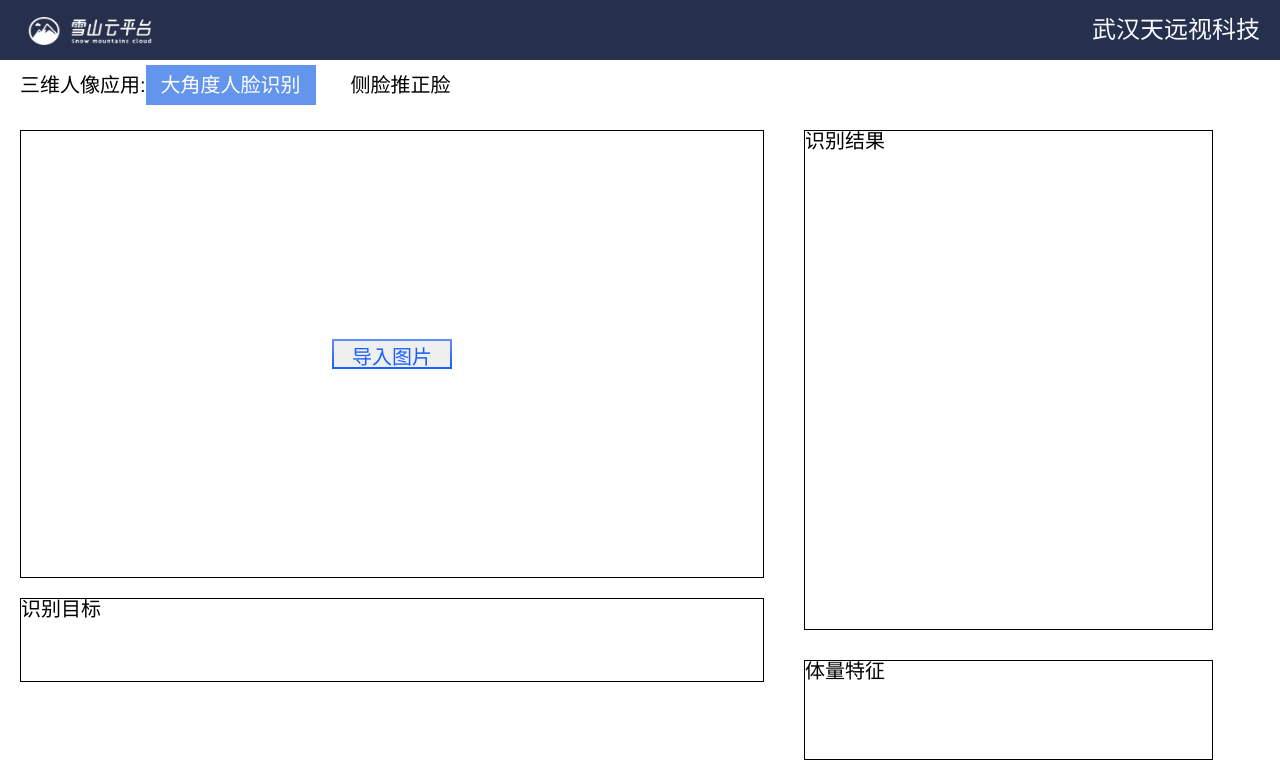
Repository: fyt2020/pubilcDemlo
Page: /
An editor plug-in stored every save of this project. The page is shown before and after the next save, followed by the edit.
The browser window is 1280 px wide. The pictures show the whole page.
The project was rebuilt for these pictures with package versions that can differ from the ones it lists, and the page was loaded fresh each time.

Above is the page before, as saved 2020-04-28 10:24:49.

### index.html
<!DOCTYPE html>
<html>
  <head>
    <meta charset="utf-8">
    <meta name="viewport" content="width=device-width,initial-scale=1.0">
    <title>pubilcdemo</title>
    <script src="./static/config.js"></script>
    <script src="./static/main.js"></script>
  </head>
  <body>
    <div id="app"></div>
    <!-- built files will be auto injected -->
  </body>
</html>

### src/main.js
// The Vue build version to load with the `import` command
// (runtime-only or standalone) has been set in webpack.base.conf with an alias.
import Vue from 'vue'
import App from './App'
import router from './router'
import '@/assets/css/reset.css'
import axios from '@/plugins/axios';

Vue.config.productionTip = false
Vue.prototype.$http = axios;
/* eslint-disable no-new */
new Vue({
  el: '#app',
  router,
  components: { App },
  template: '<App/>'
})

### src/router/index.js
import Vue from 'vue'
import Router from 'vue-router'
import Home from '@/pages/Home'

Vue.use(Router)

export default new Router({
  linkExactActiveClass: "exactActive",
  linkActivesClass: "active",
  routes: [
    {
      path: '/',
      name: 'home',
      component: Home,
      meta:{
        needTooken:false
      },
      redirect:'/bigAngle',
      children:[
        {
          path: 'bigAngle',
          name: 'bigAngle',
          component: () => import("@/pages/bigAngle"),
          meta:{
            needTooken:false
          },

        },
        {
          path: 'face',
          name: 'face',
          component: () => import("@/pages/face"),
          meta:{
            needTooken:false
          },

        }

      ]
    }
  ]
})

### src/assets/css/reset.css
@charset "UTF-8";
/**
 * @desc pc端常用reset.css
 * @author archer
 * @date 2018-08-26
 */
html,body,div,p,ul,li,dl,dt,dd,em,i,span,a,img,input,h1,h2,h3,h4,h5,nav,section,footer,header,table,tr,th,td,ul,li{margin:0;padding:0;box-sizing: border-box;}
h1,h2,h3,h4,h5,h6{font-weight:normal}
i,em,b{font-style:normal}
article,aside,details,figcaption,figure,footer,header,menu,nav,section {display: block;}
a,img,input {border:none;}
a {text-decoration:none;}
a:hover, a:active {outline: none;}
ul,li{list-style: none}
button,input,select,textarea{font-size:100%;outline:none}
table{border-collapse:collapse;border-spacing:0}
html, body {width: 100%;height: 100%;}
body{font-family:"Helvetica Neue",Helvetica, Arial,sans-serif; font-size: 14px;line-height:1}

### src/pages/Home.vue
<template>
  <div class="home">
      <div class="header">
           <div class="header__left">
                <img src="../assets/img/logo1.png" alt="" class="logo_img">

           </div>
           <div class="header__right">
                <span>武汉天远视科技</span>
           </div>
      </div>
      <div class="navigation">
            <span>三维人像应用:</span>
            <router-link tag="li" :to="{name:'bigAngle'}" class="navigation__item">大角度人脸识别</router-link>
            <router-link tag="li" :to="{name:'face',params:{id:'self'}}" class="navigation__item">侧脸推正脸</router-link>
      </div>

      <div class="content">
         <router-view />
      </div>

  </div>
</template>

<script>
export default {
  data() {
    return {};
  },
  computed: {},
  created() {

  },
  mounted() {

  },
  methods: {

  },
  components: {}
};
</script>

<style lang="scss" scoped>
@import "@/assets/css/home.scss";
</style>

### src/pages/bigAngle.vue
<template>
  <div class="bigAngle">
    <div class="bigAngle__left">
      <div class="left__top">
        <img :src="uploadImgUrl" alt class="uploadImg" v-if="uploadImgUrl" />
        <img
          src="../assets/img/delete.png"
          alt
          class="delete__img"
          v-show="closeKey"
          @click="close"
        />
        <button class="btn" @click="uploadFile2" v-if="btnKey">
          导入图片
          <form
            name="fileList"
            id="fileList"
            action="uploadURL"
            method="POST"
            enctype="multipart/form-data"
            class="file"
          >
            <input
              type="file"
              hidden
              @change="beforeUploadFile2($event)"
              id="upload_file2"
              class="file-inp"
            />
          </form>
        </button>
      </div>
      <div class="left__bottom">
        <span class="left__bottomT">识别目标</span>
        <ul class="recg__box">
          <li class="recg__item" v-for="item in angleImg" :key="item.id">
            <img :src="item.src" alt class="recg__itemImg"/>
          </li>
        </ul>
      </div>
    </div>
    <div class="bigAngle__right">
      <div class="right__top">
        <span class="right__topT">识别结果</span>
        <div id="WebGL-output"></div>
        <ul class="info__box" v-if="infoObj.collectNo">
          <li class="info__item">
            <span class="info__iteml">采集编号:</span>
            <span class="info__itemr">{{infoObj.collectNo}}</span>
          </li>
          <li class="info__item">
            <span class="info__iteml">性别:</span>
            <span class="info__itemr">{{infoObj.sex}}</span>
          </li>
          <li class="info__item">
            <span class="info__iteml">证件号:</span>
            <span class="info__itemr">{{infoObj.idNo}}</span>
          </li>
          <li class="info__item">
            <span class="info__iteml">采集时间:</span>
            <span class="info__itemr">{{infoObj.time}}</span>
          </li>
        </ul>
      </div>
      <div class="right__bottom">
           <span class="right__topT">体量特征</span>
           <ul class="tl__box" v-if="charData.length>0">
               <li class="tl__item" v-for="item in charData" :key="item.value">
                   <span class="tl__iteml same">{{item.title}}</span>
                   <span class="tl__itemr same">{{item.value}}</span>
               </li>
           </ul>
      </div>
    </div>
  </div>
</template>

<script>
import axios from 'axios'
export default {
  props: {},
  data() {
    return {
      btnKey: true,
      uploadImgUrl: "",
      closeKey: false,
      camera: null,
      renderer: null,
      boxHelper: null,
      animationId: null,
      modelObj: null,
      scene: null,
      infoObj: {
          collectNo:'',
          sex:'',
          time:'',
          idNo:''
      },
      charData:[],
      angleImg:[],

      source: 0
    };
  },
  computed: {},
  created() {},
  mounted() {},
  watch: {},
  methods: {
    close() {
      console.log($('#WebGL-output'))
      $('#WebGL-output').empty();
      this.uploadImgUrl = "";
      this.closeKey = false;
      this.btnKey = true;
      this.angleImg = [];
      this.charData =[];
      this.infoObj = {
          collectNo:'',
          sex:'',
          time:'',
          idNo:''
      },
      this.removeEntity(this.modelObj);
    },
    uploadFile2() {
      let file = document.getElementById("upload_file2");
      file.click();
    },
    beforeUploadFile2(e) {
      let VM = this;
      let files = e.target.files[0];
      let nameArr = e.target.files[0].name.split(".");
      let len = nameArr.length;
      let startName = e.target.files[0].name.split(".")[0];
      let endName = nameArr[len - 1];
      if (
        endName != "jpg" &&
        endName != "png" &&
        endName != "jpeg" &&
        endName != "JPG" &&
        endName != "PNG" &&
        endName != "JPEG"
      ) {
        VM.$Message.error(`上传图片格式不是jpg或png!`);
        return;
      }
      if (!files) {
        return;
      }
      this.btnKey = false;
      this.closeKey = true;
      let reader = new FileReader();
      reader.onloadend = function() {
        VM.uploadImgUrl = reader.result;
      };
      reader.readAsDataURL(files);
      this.angleImg = [{id:Math.floor(Math.random*100),src:`../../static/data/${startName}/${startName}_angle.jpg`}];
      this.INIT(400, 400, startName);
      this.getInfo(startName);
    },

    INIT(width, height, name) {
      let VM = this;
      //场景构建
      VM.scene = new THREE.Scene();
      //相机构建
      VM.camera = new THREE.PerspectiveCamera(45, width / height, 0.1, 2000); //四个参数 视场角 方向 最近距 最远距  fov对应着图中的视角，是上下两面的夹角。aspect是近平面的宽高比。
      // camera.lookAt( new THREE.Vector3(0, 0, 0));
      //渲染器构建
      VM.renderer = new THREE.WebGLRenderer({
        antialias: true
      });

      //设置背景颜色
      VM.renderer.setClearColor(0x484b5f);
      //三个参数 width height updateStyle第三个选填
      VM.renderer.setSize(width, height);
      //激活阴影
      VM.renderer.shadowMapEnabled = true;
      //添加材质灯光阴影
      var ambiColor = "ffffff";
      var ambientLight = new THREE.AmbientLight(ambiColor);
      VM.scene.add(ambientLight);

      //添加坐标系
      // var axes = new THREE.AxisHelper(100);
      // scene.add(axes);

      //添加网格
      // var helper = new THREE.GridHelper( 1000, 50 ,0x0000ff, 0xff8080);
      // scene.add(helper);
      VM.boxHelper = new THREE.BoxHelper();

      var controls = new THREE.OrbitControls(VM.camera, VM.renderer.domElement);
      //controls.target = new THREE.Vector3(0, 0, 0);
      // 使动画循环使用时阻尼或自转 意思是否有惯性
      controls.enableDamping = true;
      //动态阻尼系数 就是鼠标拖拽旋转灵敏度
      controls.dampingFactor = 0.25;
      //是否可以缩放
      controls.enableZoom = true;
      //是否自动旋转
      controls.autoRotate = false;
      //设置相机距离原点的最近距离
      //controls.minDistance = 200;
      //设置相机距离原点的最远距离
      //controls.maxDistance = 600;
      //是否开启右键拖拽
      controls.enablePan = true;
      //上下旋转范围
      controls.minPolarAngle = 0;
      controls.maxPolarAngle = Math.PI * (90 / 180);
      //左右旋转范围
      controls.minAzimuthAngle = -Math.PI * (60 / 180);
      controls.maxAzimuthAngle = Math.PI * (60 / 180);

      controls.panSpeed = 0.2;
      controls.rotateSpeed = 0.1;
      //模型
      var onProgress = function(xhr) {
        // if (xhr.lengthComputable) {
        //   //可计算的长度
        //   var percentCompvare = (xhr.loaded / xhr.total) * 100; //加载程度百分比
        //   var elem = document.getElementById("myBar");
        //   var width = parseInt(percentCompvare);
        //   elem.style.width = width + "%";
        //   $(".loading").text("正在下载:" + parseInt(percentCompvare) + "%");
        // }
      };
      var onError = function(xhr) {
        // $(".loading")
        //   .show()
        //   .text("下载失败");
        return;
      };

      var modelPath = `../../static/data/${name}`;
      var objLoader = new THREE.OBJLoader2();
      var callbackOnLoad = function(event) {
        VM.modelObj = event.detail.loaderRootNode;
        VM.modelObj.name = `${name}`;
        VM.modelObj.scale.set(1.9, 1.9, 1.9);
        VM.modelObj.children[0].geometry.computeBoundingBox();
        VM.modelObj.rotation.x = THREE.Math.degToRad(-88);
        VM.modelObj.children[0].geometry.center();
        VM.boxHelper.setFromObject(VM.modelObj);
        let center = VM.boxHelper.geometry.boundingSphere.center;
        let radius = VM.boxHelper.geometry.boundingSphere.radius;
        let cameraPos = new THREE.Vector3(
          center.x + VM.modelObj.position.x,
          center.y + VM.modelObj.position.y,
          radius * 2.2 + center.z + VM.modelObj.position.z
        );
        let lookPos = new THREE.Vector3(
          center.x + VM.modelObj.position.x,
          center.y + VM.modelObj.position.y,
          center.z + VM.modelObj.position.z
        );
        VM.camera.position.copy(cameraPos);
        controls.target = lookPos;
        VM.camera.lookAt(lookPos);
        VM.scene.add(VM.modelObj);
      };
      let typeObj = VM.source == "1" ? "textured" : "cut";
      objLoader.loadMtl(modelPath + `/${typeObj}_mesh.mtl`, null, function(
        materialCreator
      ) {
        materialCreator[`${typeObj}_mesh`].opacity = 1; // new THREE.Color(1,1,1)
        objLoader.setMaterials(materialCreator);
        objLoader.setLogging(true, true);
        objLoader.load(
          modelPath + `/${typeObj}_mesh.obj`,
          callbackOnLoad,
          onProgress,
          onError,
          null,
          false
        );
      });
      VM.camera.lookAt(VM.scene.position);
      //在页面上添加渲染器，dom元素
      $("#WebGL-output").append(VM.renderer.domElement);
      renderScene();
      VM.getModelTxt(name);
      function renderScene() {
        var clock = new THREE.Clock();
        var delta = clock.getDelta(); //三角点
        controls.update();
        VM.camera.updateProjectionMatrix();
        VM.animationId = requestAnimationFrame(renderScene); //请求动画框架
        VM.renderer.render(VM.scene, VM.camera);
      }
    },
    clearRenderer() {
      let VM = this;
      VM.renderer.dispose();
      VM.renderer.forceContextLoss();
      VM.renderer.context = null;
      VM.renderer.domElement = null;
      VM.renderer = null;
    },
    getModelTxt(name) {
      let VM = this;
      let id = new Date().getTime();
      let params = {
        headers: {
          "Content-Type": "text/plain;charset=utf-8"
        },
        responseType: "text/json",
        inCharset: "utf-8",
        outCharset: "utf-8",
        timeout: 30000,
        random: id
      };
      axios
        .get(
          `../../static/data/${name}/face_points_distance.txt`,
        )
        .then(function(res) {
            let newData = res.data.split("\r\n");
            let len = newData.length;
            for (var i = 0; i < len; i++) {
              let obj = {};
              if (newData[i]) {
                let k = newData[i].split(":")[0];
                let v = newData[i].split(":")[1];
                obj['title'] = k;
                obj['value'] = v;
              }
              VM.charData.push(obj)
            }
        })
        .catch(function(error) {
          console.log(error);
        });
    },
    getInfo(name) {
      let VM = this;
      this.$http.api
        .get(`../../static/data/${name}/${name}.json`)
        .then(function(res) {
          if (res.data.code === 0) {
            let data = res.data.result;
            VM.infoObj = data
          }
        })
        .catch(function(error) {
          console.log(error);
        });
    },
    //移除模型
    removeEntity(object) {
      let selectedObject = this.scene.getObjectByName(object.name);
      // console.log('renderer.renderLists',this.renderer.renderLists)
      selectedObject.traverse(function(item) {
        if (item instanceof THREE.Mesh) {
          item.geometry.dispose(); //删除几何体
          //item.material.dispose(); //删除材质
          if (Array.isArray(item.material)) {
            item.material.forEach(function(i) {
              i.dispose(); //删除材质
            });
          } else {
            item.material.dispose();
          }
        }
      });
      this.scene.remove(selectedObject);
      this.renderer.dispose();
      this.renderer.clear();
      this.renderer.renderLists.dispose();
      this.modelObj = null;
      THREE.Cache.clear();
    }
  },
  beforeDestroy() {},
  components: {}
};
</script>

<style scoped lang="scss">
@import "@/assets/css/bigAngle.scss";
</style>

### src/assets/css/home.scss
.home{
    font-size: 20px;
    width: 100vw;
    height: 100vh;
    .header{
        width: 100%;
        height: 60px;
        background-color: #262f4b;
        display: flex;
        align-items: center;
        color:  #f8faff;;
        justify-content: space-between;
        padding: 0 20px;
        font-size: 24px;
        .header__left{
            height: 100%;
            display: flex;
            align-items: center;
            .logo_img{
                width: 141px;
                height: 35px;
            }
        }
        .header__right{
            height: 100%;
            display: flex;
            align-items: center;
        }
    }
    .navigation{
        width: 100%;
        height: 50px;
        display: flex;
        align-items: center;
        box-sizing: border-box;
        padding: 0 20px;
        &__item{
            height: 40px;
            line-height: 40px;
            box-sizing: border-box;
            padding: 0 15px;
            margin-right: 20px;
        }
        &__item.exactActive{
             display: flex;
             background-color: cornflowerblue;
             color: #fff;
        }
    }
    .content{
        height: calc(100% - 120px);
        width: 100%;
        padding: 20px;
    }
}

### src/assets/css/bigAngle.scss
.bigAngle{
     display: flex;
     width: 100%;
     height: 100%;
     .bigAngle__left{
        width: 60%;
        height: 100%;
        margin-right: 40px;
        display: flex;
        flex-direction: column;
        .left__top{
             width: 100%;
             height: 80%;
             border: 1px solid black;
             margin-bottom: 20px;
             display: flex;
             align-items: center;
             justify-content: center;
             position: relative;
             .uploadImg{
                height: 100%;
             }
             .delete__img{
                position: absolute;
                width: 36px;
                height: 36px;
                right: 20px;
                top:20px;
                transition: all 0.1 linear;
                z-index: 2100;
                cursor: pointer;
             }
             .btn{
                 position: absolute;
                 outline: none;
                 border-style: solid;
                 border-width: 2px;
                 border-image-source: linear-gradient(0deg,#1a5fff 0%, #5f8ffd 100%);
                 border-image-slice: 1;
                 width: 120px;
                 height: 30px;
                 line-height: 30px;
                 color: #1a5fff;
                 border-radius: 6px;
                 z-index: 9999;
             }
        }
        .left__bottom{
            width: 100%;
            height: 15%;
            border: 1px solid black;
            .left__bottom{

            }
            .recg__box{

                display: flex;
                align-items: center;
                justify-content: flex-start;
                .recg__item{
                    width: 100px;
                    height: 100px;
                    .recg__itemImg{

                        height: 100%;
                    }
                }
            }
        }
     }
     .bigAngle__right{
        width: 33%;
        height: 100%;


        .right__top{
            border: 1px solid black;
            width: 100%;
            height: 500px;
            position: relative;
            margin-bottom: 30px;
            .right__topT{

            }
            #WebGL-output{
                width: 400px;
                height: 400px;
            }
            .info__box{
                position: absolute;
                right: 0;
                bottom: 0;
                width: 300px;
                height: 200px;
                background-color: black;
                display: flex;
                flex-direction: column;

                color: blanchedalmond;


            }
        }
        .right__bottom{

            border: 1px solid black;
            width: 100%;
            height: 100px;
            .right__topT{

            }
            .tl__box{
                display: flex;

                .tl__item{



                 .same{




                 }
                 .tl__iteml{

                 }
                 .tl__itemr{

                 }
                }
            }


        }

     }
}

### static/config.js
window.BASEURL = {
     type:'id',

     imgUrl__collectNo:'srlp1576136811447'
};

Loaded but not shown: src/App.vue (common file); src/plugins/axios.js (library)

After the next save:
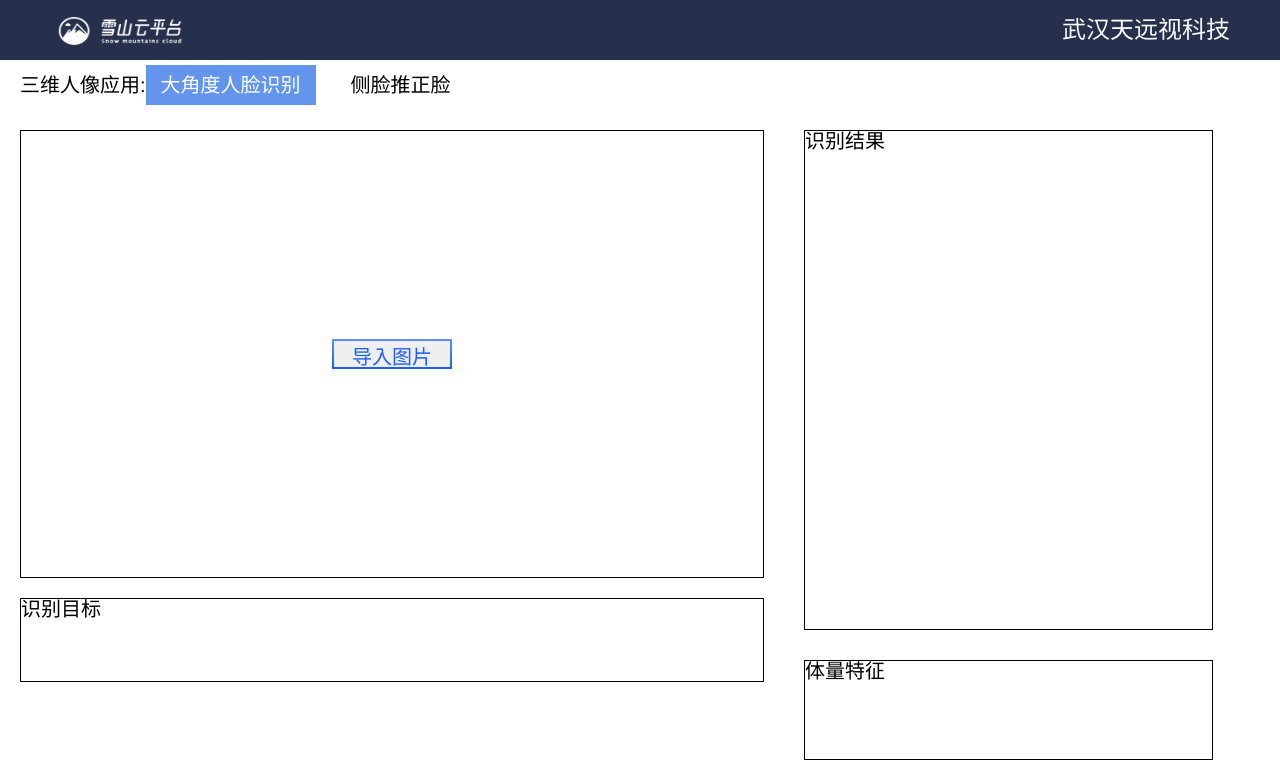
Saved 67 s later.
--- a/src/assets/css/home.scss
+++ b/src/assets/css/home.scss
@@ -10,7 +10,7 @@
         align-items: center;
         color:  #f8faff;;
         justify-content: space-between;
-        padding: 0 20px;
+        padding: 0 50px;
         font-size: 24px;
         .header__left{
             height: 100%;
